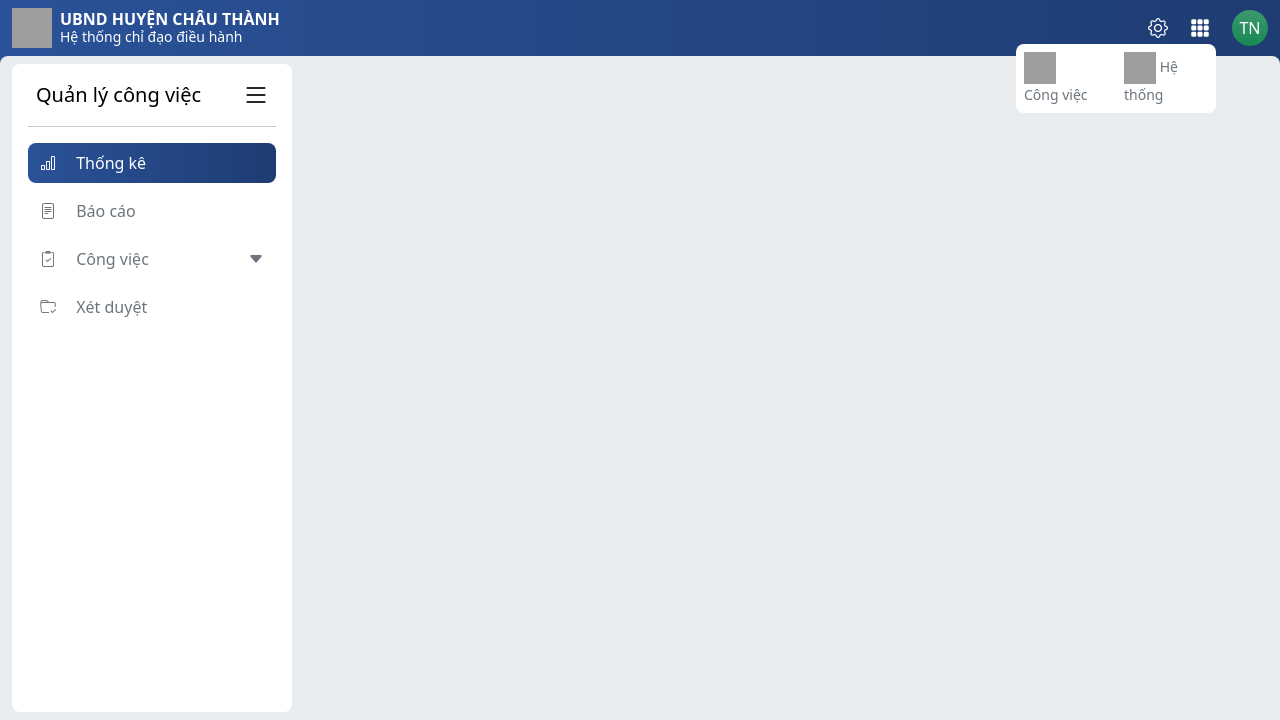
Repository: mys-pro/DATT-HeThongChiDaoDieuHanh
Page: index.html
The author's editor kept a copy of each file at every save. The page is drawn from the files as they stood at one save, then again after the next save.
The browser window is 1280 px wide. The pictures show the whole page.
Pictures or frames that could not be fetched are drawn as grey boxes.

Above is the page before, as saved 2024-04-21 15:10:10.

### index.html
<!DOCTYPE html>
<html lang="en">

<head>
    <meta charset="UTF-8">
    <meta name="viewport" content="width=device-width, initial-scale=1.0">
    <link rel="icon" href="./Assets/Image/icon.png" />
    <title>Hệ thống chỉ đạo điều hành</title>
    <link rel="stylesheet" href="./Bootstrap/bootstrap-icons-1.11.3/font/bootstrap-icons.min.css">
    <link rel="stylesheet" href="./Bootstrap/bootstrap-5.3.3-dist/css/bootstrap.min.css">
    <link rel="stylesheet" href="./Assets/css/Styles.css">
    <script src="./Assets/js/jquery-3.7.1.min.js"></script>
    <script src="./Bootstrap/bootstrap-5.3.3-dist/js/bootstrap.bundle.min.js"></script>
    <script src="./Assets/js/script.js"></script>
</head>

<body>
    <div class="app">
        <header class="header">
            <nav class="header__navbar navbar">
                <div class="header__navbar-container container-fluid">
                    <a href="#" class="header__navbar-logo navbar-brand p-0 d-flex">
                        <img class="header__navbar-img" src="./Assets/Image/Logo.png" alt="">
                        <div class="header__navbar-name mx-2 text-white align-content-center">
                            <h6 class="fw-bold p-0 m-0">UBND HUYỆN CHÂU THÀNH</h6>
                            <h6 class="fw-normal p-0 m-0">Hệ thống chỉ đạo điều hành</h6>
                        </div>
                    </a>

                    <ul class="header__navbar-list list-inline p-0 m-0 d-flex">
                        <li class="header__navbar-item ms-3 align-content-center">
                            <a class="border-0 bg-transparent rounded-circle text-white">
                                <i class="bi bi-gear fs-5"></i>
                            </a>
                        </li>
                        <li class="header__navbar-item ms-3 align-content-center position-relative">
                            <button type="button" class="border-0 bg-transparent rounded-circle text-white"
                                id="dropdown-apps">
                                <i class="bi bi-grid-3x3-gap-fill fs-5"></i>
                            </button>
                            <div class="list-apps bg-white rounded-3 position-absolute p-2">
                                <div class="row row-cols-2 gx-3">
                                    <div class="col">
                                        <a href="#" class="text-decoration-none text-secondary d-flex flex-column justify-items-center">
                                            <img src="./Assets/Image/task-icon.png" alt="" width="32px" height="32px">
                                            Công việc
                                        </a>
                                    </div>
                                    <div class="col">
                                        <a href="#" class="text-decoration-none text-secondary">
                                            <img src="./Assets/Image/admin-icon.png" alt="" width="32px" height="32px">
                                            Hệ thống
                                        </a>
                                    </div>
                                </div>
                            </div>
                        </li>
                        <li class="header__navbar-item ms-3">
                            <div
                                class="header__navbar-avatar border-0 bg-success bg-gradient rounded-circle text-white text-center align-content-center">
                                TN</div>
                        </li>
                    </ul>
                </div>
            </nav>
        </header>

        <div class="app__container bg-body-secondary rounded-top-3 py-2">
            <div class="container-fluid">
                <div class="sidebar bg-white rounded-3 p-3 open">
                    <div class="side__bar-tile d-flex position-relative">
                        <span class="ms-2 text-black fs-5 text-nowrap">Quản lý công việc</span>
                        <button type="button"
                            class="sidebar__collapse-btn border-0 bg-white position-absolute text-end end-0">
                            <i class="bi bi-list"></i>
                        </button>
                    </div>
                    <hr>

                    <ul class="sidebar-list list-unstyled p-0 m-0">
                        <li class="sidebar-item mb-2">
                            <a href="#" class="rounded-3 text-secondary text-nowrap d-block active">
                                <i class="bi bi-bar-chart me-3"></i>
                                <span>Thống kê</span>
                            </a>
                        </li>

                        <li class="sidebar-item mb-2">
                            <a href="#" class="rounded-3 text-secondary text-nowrap d-block">
                                <i class="bi bi-file-text me-3"></i>
                                <span>Báo cáo</span>
                            </a>
                        </li>

                        <li class="sidebar-item mb-2">
                            <a href="#" class="position-relative rounded-3 text-secondary text-nowrap d-block collapsed"
                                data-bs-toggle="collapse" data-bs-target="#sidebarToggleExternalContent">
                                <i class="bi bi-clipboard2-check me-3"></i>
                                <span>Công việc</span>
                                <i class="bi bi-caret-down-fill"></i>
                            </a>

                            <ul class="sidebar-list-child collapse list-inline text-secondary text-nowrap"
                                id="sidebarToggleExternalContent">
                                <li class="sidebar-item-child mt-2">
                                    <a href="#"
                                        class="text-secondary rounded-3 text-nowrap d-block d-flex justify-content-between align-items-center active">
                                        Tất cả
                                        <span class="badge text-bg-danger rounded-pill">1</span>
                                    </a>
                                </li>
                                <li class="sidebar-item-child mt-2">
                                    <a href="#"
                                        class="text-secondary rounded-3 text-nowrap d-block d-flex justify-content-between align-items-center">
                                        Dự thảo
                                        <span class="badge text-bg-danger rounded-pill">1</span>
                                    </a>
                                </li>
                                <li class="sidebar-item-child mt-2">
                                    <a href="#"
                                        class="text-secondary rounded-3 text-nowrap d-block d-flex justify-content-between align-items-center">
                                        Hoàn thành
                                        <span class="badge text-bg-danger rounded-pill">1</span>
                                    </a>
                                </li>
                                <li class="sidebar-item-child mt-2">
                                    <a href="#"
                                        class="text-secondary rounded-3 text-nowrap d-block d-flex justify-content-between align-items-center">
                                        Chờ phê duyệt
                                        <span class="badge text-bg-danger rounded-pill">1</span>
                                    </a>
                                </li>
                                <li class="sidebar-item-child mt-2">
                                    <a href="#"
                                        class="text-secondary rounded-3 text-nowrap d-block d-flex justify-content-between align-items-center">
                                        Làm lại
                                        <span class="badge text-bg-danger rounded-pill">1</span>
                                    </a>
                                </li>
                                <li class="sidebar-item-child mt-2">
                                    <a href="#"
                                        class="text-secondary rounded-3 text-nowrap d-block d-flex justify-content-between align-items-center">
                                        Bị hủy
                                        <span class="badge text-bg-danger rounded-pill">1</span>
                                    </a>
                                </li>
                            </ul>
                        </li>

                        <li class="sidebar-item mb-2">
                            <a href="#" class="rounded-3 text-secondary text-nowrap d-block">
                                <i class="bi bi-folder-check me-3"></i>
                                <span>Xét duyệt</span>
                            </a>
                        </li>
                    </ul>
                </div>
            </div>
        </div>
    </div>
</body>

</html>

### Assets/css/Styles.css
:root {
    --primary-color: #2a5298;
    --primary-gradient-color: linear-gradient(to left, #1e3c72, #2a5298);
    --bs-body-color: #212529;
}

body {
    overflow: auto;
}

.col-0 {
    display: none;
}

.app {
    background-image: var(--primary-gradient-color);
}
/* ======Navbar====== */
.header__navbar-img {
    width: 40px;
    height: 40px;
}

.header__navbar-name h6:first-child {
    font-size: 16px;
}

.header__navbar-name h6:last-child {
    font-size: 14px;
}

.header__navbar-avatar {
    width: 36px;
    height: 36px;
}

.header__navbar-item a {
    cursor: pointer;
}

.header__navbar-item span {
    top: 25%;
    right: -15px;
}

.list-apps {
    width: 200px;
    right: 0;
    font-size: 14px;
}

/* ======Sidebar====== */
.sidebar {
    --height: calc(100vh - 56px - 16px);
    min-height: var(--height);
    width: 72px;
    transition: all .2s ease-out;
}

.sidebar.open {
    width: 280px;
}

.sidebar a {
    padding: 8px 12px;
    text-decoration: none;
    overflow: hidden;
}

.sidebar span {
    overflow: hidden;
}

.sidebar__collapse-btn {
    font-size: 28px;
    line-height: 0;
}

.sidebar-list-child {
    overflow: hidden;
}

.sidebar-item > a:hover {
    background-color: rgba(0, 0, 0, 0.05) !important;
}

.sidebar-item > a:active {
    background-color: rgba(0, 0, 0, 0.1) !important;
}

.sidebar-item > a.active {
    background-image: var(--primary-gradient-color);
    color: white !important;
}

.sidebar:not(.open) .sidebar-list-child {
    display: none;
}

.sidebar-item > a[data-bs-toggle="collapse"].collapsed > i:last-child {
    position: absolute;
    right: 12px;
    top: 0.5rem;
    transform: rotate(0deg);
    transition: all .2s ease-out;
}

.sidebar-item > a[data-bs-toggle="collapse"] > i:last-child {
    position: absolute;
    right: 12px;
    top: 0.5rem;
    transform: rotate(180deg);
    transition: all .2s ease-out;
}

.sidebar:not(.open) .sidebar-item > a[data-bs-toggle="collapse"] > i:last-child {
    display: none;
}

.sidebar-item-child > a:not(.active):hover {
    background-color: rgba(0, 0, 0, 0.05) !important;
}

.sidebar-item-child > a:not(.active):active,
.sidebar-item-child > a.active {
    background-color: rgba(0, 0, 0, 0.1) !important;
}

@media (max-width: 576px) {
    .sidebar {
        display: none;
    }

    .header__navbar-list {
        display: none !important;
    }
}

### Assets/js/script.js
$(document).ready(function() {
    $('.sidebar__collapse-btn').click(function() {
        $(".sidebar").toggleClass("open");
    });

    $('.sidebar-item > a').click(function() {
        $('.sidebar-item > a').removeClass("active");
        $(this).addClass("active");
        $('#sidebarToggleExternalContent').collapse('hide');
    });

    $('.sidebar-item > a[data-bs-toggle="collapse"]').click(function() {
        $('.sidebar-item-child > a').removeClass("active");
        $('.sidebar-item-child > a:first').addClass("active");
      });

    $('.sidebar-item-child > a').click(function() {
        $('.sidebar-item-child > a').removeClass("active");
        $(this).addClass("active");
    });
});

Loaded but not shown: library/Bootstrap/bootstrap-icons-1.11.3/font/bootstrap-icons.min.css (library); library/Bootstrap/bootstrap-5.3.3-dist/css/bootstrap.min.css (library); Public/js/jquery-3.7.1.min.js (library); library/Bootstrap/bootstrap-5.3.3-dist/js/bootstrap.bundle.min.js (library)

After the next save:
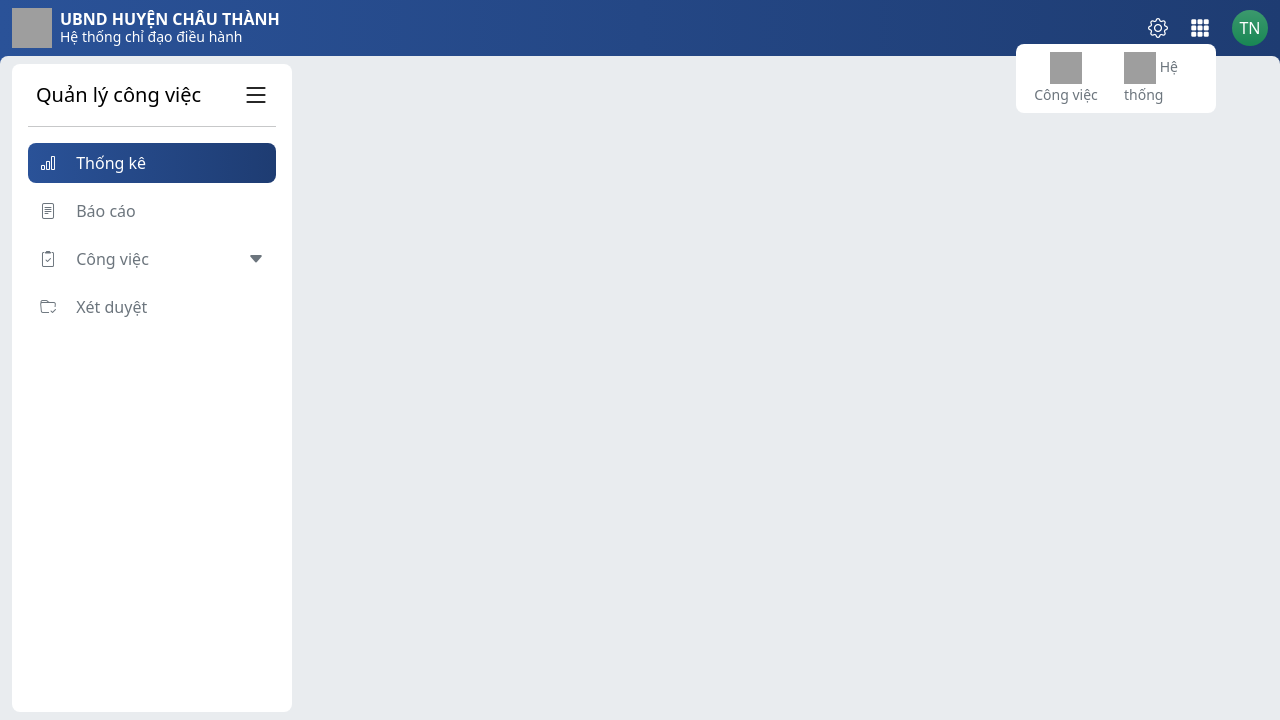
Saved 31 s later.
--- a/index.html
+++ b/index.html
@@ -41,7 +41,7 @@
                             <div class="list-apps bg-white rounded-3 position-absolute p-2">
                                 <div class="row row-cols-2 gx-3">
                                     <div class="col">
-                                        <a href="#" class="text-decoration-none text-secondary d-flex flex-column justify-items-center">
+                                        <a href="#" class="text-decoration-none text-secondary d-flex flex-column align-items-center">
                                             <img src="./Assets/Image/task-icon.png" alt="" width="32px" height="32px">
                                             Công việc
                                         </a>
